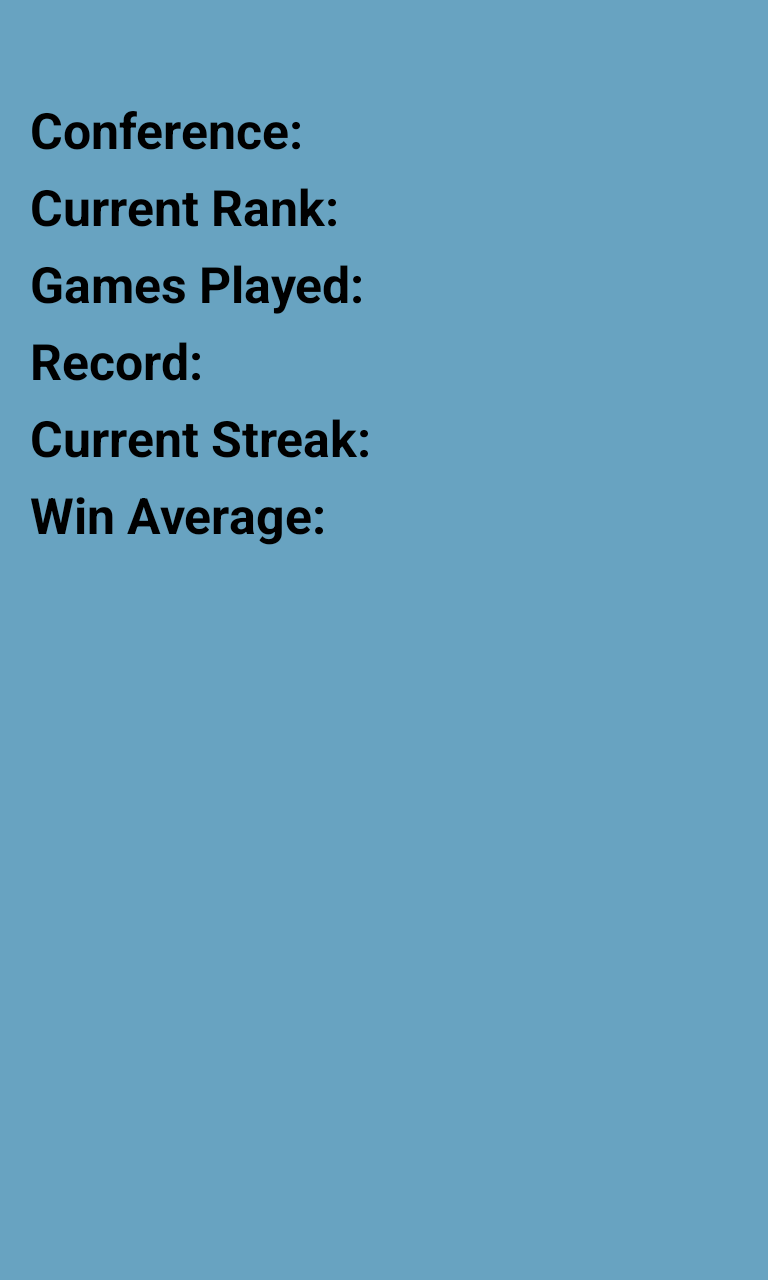
Repository: jemcphe/java2
Layout: teamG.M./TeamGM/res/layout/display.xml
The author's editor kept a copy of each file at every save. The layout is drawn from the files as they stood at one save, then again after the next save.
It is drawn on a 768 x 1280 px phone screen (xhdpi) without system bars, with theme Theme.Sherlock; the app's code is not run.

Above is the layout before, as saved 2013-06-26 22:35:23.

### teamG.M./TeamGM/res/layout/display.xml
<?xml version="1.0" encoding="utf-8"?>
<LinearLayout xmlns:android="http://schemas.android.com/apk/res/android"
    android:layout_width="match_parent"
    android:layout_height="match_parent"
    android:background="#68a3c1"
    android:orientation="vertical" >

    <TextView
        android:id="@+id/teamNameData"
        style="@style/TeamName"
        android:layout_width="fill_parent"
        android:layout_height="48dp"
        android:layout_gravity="center_vertical"
        android:paddingLeft="10dp" />

    <GridLayout
        android:id="@+id/teamGrid"
        android:layout_width="match_parent"
        android:layout_height="wrap_content"
        android:columnCount="2" >

        <TextView
            style="@style/Column1"
            android:layout_width="wrap_content"
            android:layout_height="wrap_content"
            android:text="Conference:" />

        <TextView
            android:id="@+id/conferenceData"
            style="@style/Column2"
            android:layout_width="wrap_content"
            android:layout_height="wrap_content" />

        <TextView
            style="@style/Column1"
            android:layout_width="wrap_content"
            android:layout_height="wrap_content"
            android:text="Current Rank:" />

        <TextView
            android:id="@+id/rankData"
            style="@style/Column2"
            android:layout_width="wrap_content"
            android:layout_height="wrap_content" />

        <TextView
            style="@style/Column1"
            android:layout_width="wrap_content"
            android:layout_height="wrap_content"
            android:text="Games Played:" />

        <TextView
            android:id="@+id/gamesPlayedData"
            style="@style/Column2"
            android:layout_width="wrap_content"
            android:layout_height="wrap_content" />

        <TextView
            style="@style/Column1"
            android:layout_width="wrap_content"
            android:layout_height="wrap_content"
            android:text="Record:" />

        <TextView
            android:id="@+id/recordData"
            style="@style/Column2"
            android:layout_width="wrap_content"
            android:layout_height="wrap_content" />

        <TextView
            style="@style/Column1"
            android:layout_width="wrap_content"
            android:layout_height="wrap_content"
            android:text="Current Streak:" />

        <TextView
            android:id="@+id/streakData"
            style="@style/Column2"
            android:layout_width="wrap_content"
            android:layout_height="wrap_content" />

        <TextView
            style="@style/Column1"
            android:layout_width="wrap_content"
            android:layout_height="wrap_content"
            android:text="Win Average:" />

        <TextView
            android:id="@+id/averageData"
            style="@style/Column2"
            android:layout_width="wrap_content"
            android:layout_height="wrap_content" />
    </GridLayout>

</LinearLayout>

### teamG.M./TeamGM/res/values/styles.xml
<!-- <?xml version="1.0" encoding="utf-8"?> -->
<resources xmlns:android="http://schemas.android.com/apk/res/android">

    <style name="AppTheme" parent="android:Theme.Holo" />

    <style name="TeamName">
        <item name="android:textStyle">bold</item>
        <item name="android:textColor">#137cb2</item>
        <item name="android:textSize">35sp</item>
    </style>

    <style name="Column1">
        <item name="android:textStyle">bold</item>
        <item name="android:textSize">25sp</item>
        <item name="android:typeface">sans</item>
        <item name="android:paddingLeft">15dip</item>
        <item name="android:paddingBottom">5dip</item>
    </style>

    <style name="Column2">
        <item name="android:textStyle">normal</item>
        <item name="android:textSize">22sp</item>
        <item name="android:typeface">sans</item>
        <item name="android:paddingLeft">15dip</item>
    </style>

</resources>

After the next save:
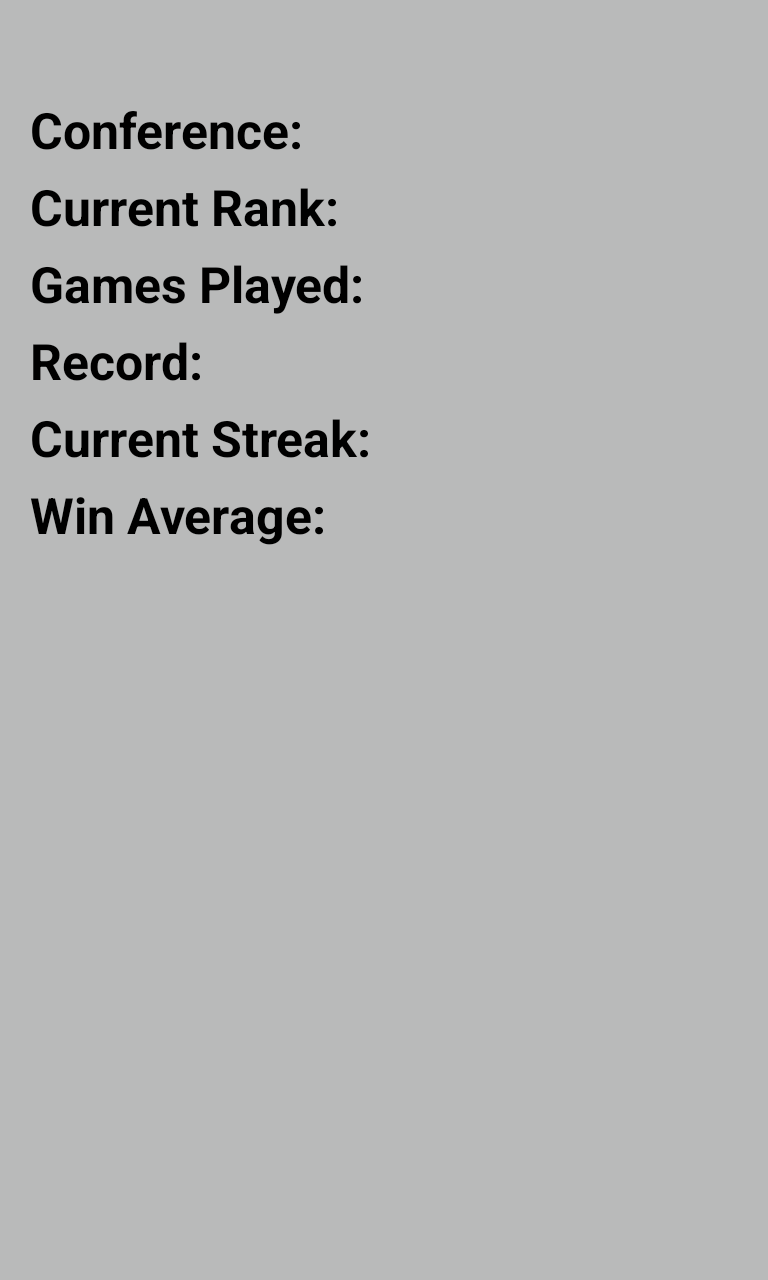
Saved 14 s later.
--- a/teamG.M./TeamGM/res/layout/display.xml
+++ b/teamG.M./TeamGM/res/layout/display.xml
@@ -2,7 +2,7 @@
 <LinearLayout xmlns:android="http://schemas.android.com/apk/res/android"
     android:layout_width="match_parent"
     android:layout_height="match_parent"
-    android:background="#68a3c1"
+    android:background="#b9baba"
     android:orientation="vertical" >
 
     <TextView
